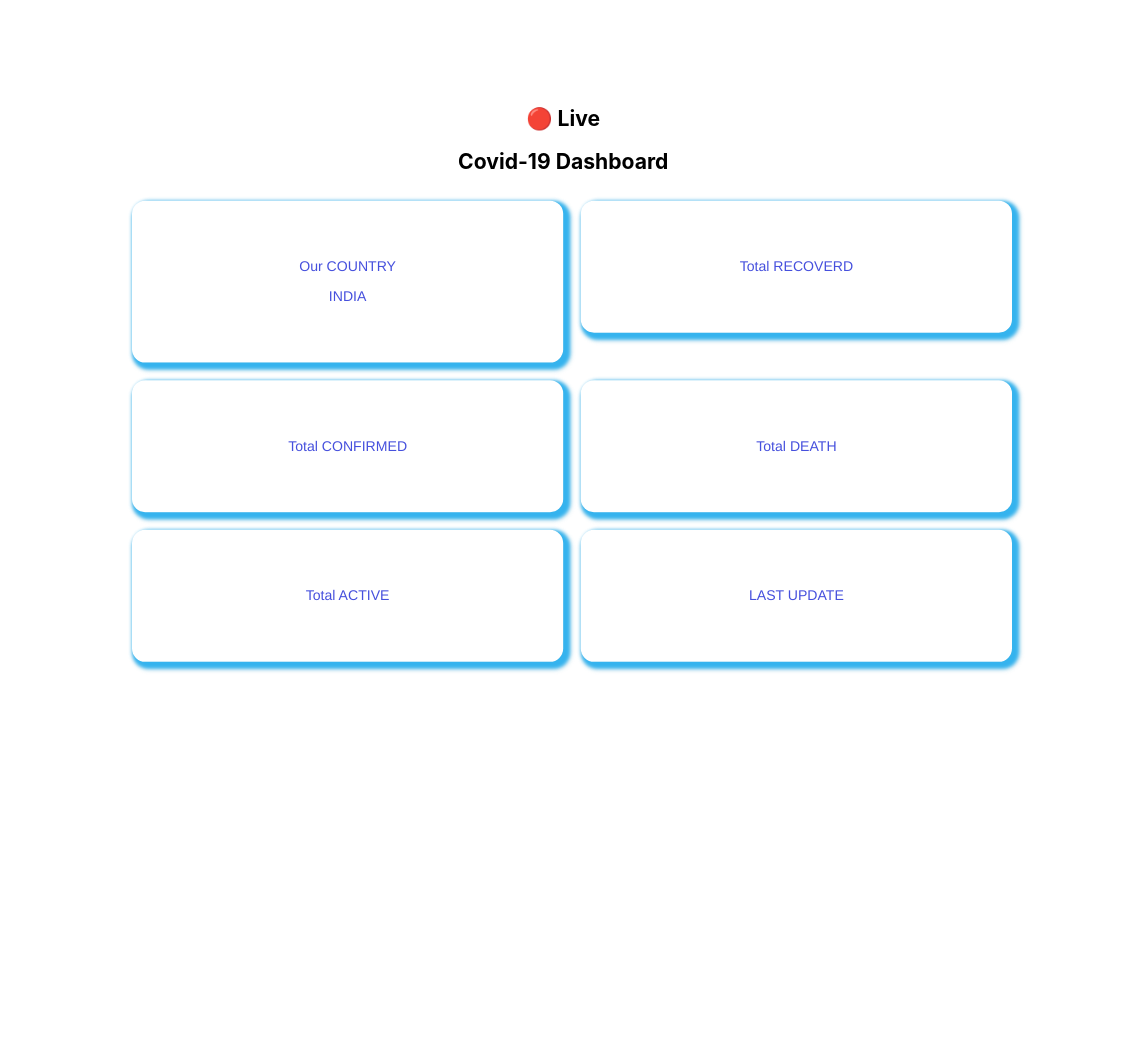
Repository: Aniketlamage/covid19-dashboard
Page: /
These files come from the project's save history. The page is drawn as it stood at one moment and after the next save; the edit follows.
The browser window is 1280 px wide. The pictures show the whole page, at 88% of full size.
The page's requests for data from a server got no answer. The project was rebuilt for these pictures with package versions that can differ from the ones it lists, and the page was loaded fresh each time. No one was signed in, and anything a server would have sent is missing.

Above is the page before, as saved 2021-09-30 20:59:21.

After the next save:
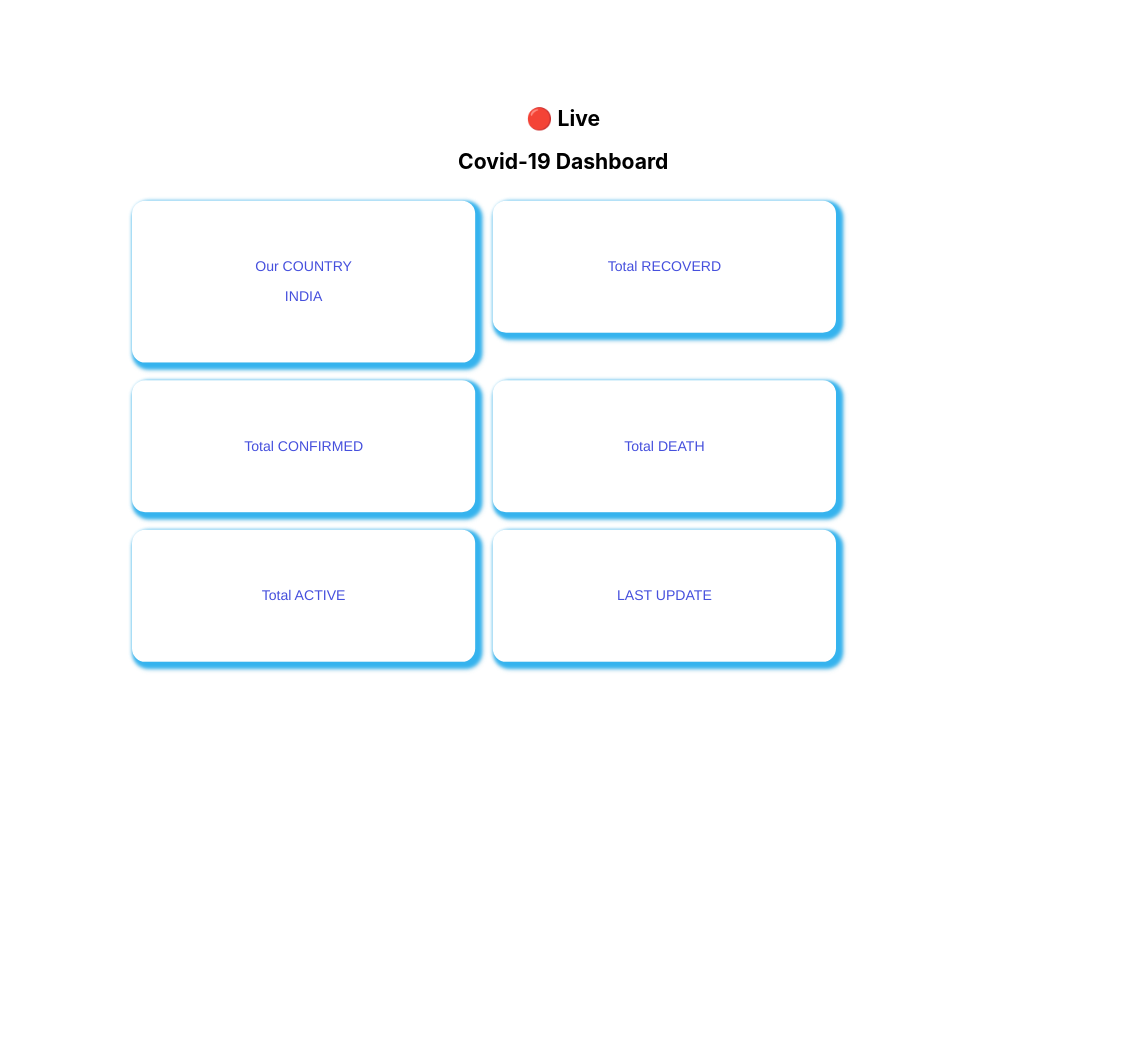
Saved 18 s later.
--- a/src/components/covid.css
+++ b/src/components/covid.css
@@ -28,7 +28,7 @@ div.card__main{
     /*background-color: white;*/
 
     border-radius: 15px;
-    width: 390px;
+    width: 290px;
     padding: 50px;
     margin: 10px;
     align-items: center;
